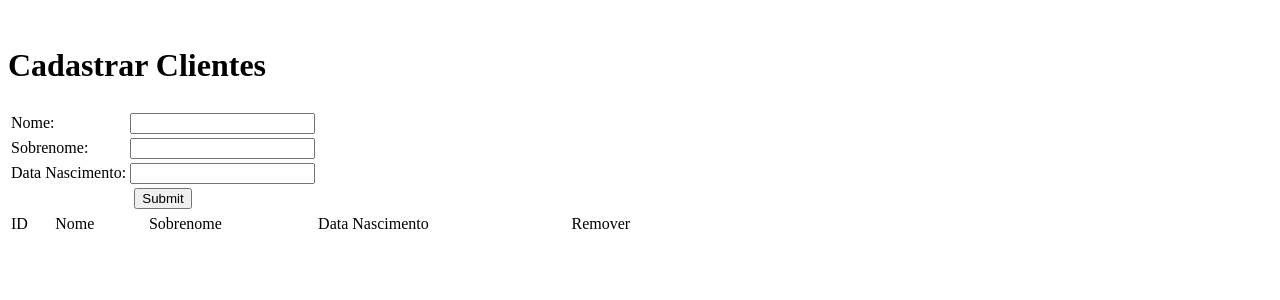
Repository: nandolupe/fiap-pos
Page: http://localhost/artigostruts2/
An editor plug-in stored every save of this project. The page is shown before and after the next save, followed by the edit.
The browser window is 1280 px wide. The pictures show the whole page.
The page is served by Tomcat 9. Other server files are loaded and not shown.

Above is the page before, as saved 2014-08-23 04:27:56.

### workspace-artigo-web/artigostruts2/WebContent/index.jsp
<%@ page language="java" contentType="text/html; charset=ISO-8859-1"
	pageEncoding="ISO-8859-1"%>
<%@ taglib prefix="s" uri="/struts-tags"%>
<!DOCTYPE html PUBLIC "-//W3C//DTD HTML 4.01 Transitional//EN"
"http://www.w3.org/TR/html4/loose.dtd">
<html>
<head>
<title>Employee Form</title>
<script>
	function remover(idCliente) {
		document.all('cliente.idCliente').value = idCliente;
		document.clienteForm.action = "removercliente";
		document.submit();
	}
</script>

</head>

<body>
	<s:form action="inserircliente" id="clienteForm" method="post" name="clienteForm">
		<s:textfield type="hidden" name="cliente.idCliente" />
		<s:textfield name="cliente.nameCliente" label="Nome" size="20" />
		<s:textfield name="cliente.sobrenome" label="Sobrenome" size="20" />
		<s:textfield name="cliente.dtNasc" label="Data Nascimento" size="20" />
		<s:submit name="submit" label="Cadastrar" align="center" />
		<br />
		<h1>Cadastrar Clientes</h1>
		<table style="width: 700px;">
			<tr>
				<td>ID</td>
				<td>Nome</td>
				<td>Sobrenome</td>
				<td>Data Nascimento</td>
				<td>Remover</td>
			</tr>
			<s:iterator value="#session.clienteList" var="bean">
				<tr>
					<td>${bean.idCliente}</td>
					<td>${bean.nameCliente}</td>
					<td>${bean.sobrenome}</td>
					<td>${bean.dtNasc}</td>
					<td><a href="javascript:remover('${bean.idCliente}')">X</a></td>
				</tr>
			</s:iterator>
		</table>
	</s:form>
</body>
</html>

After the next save:
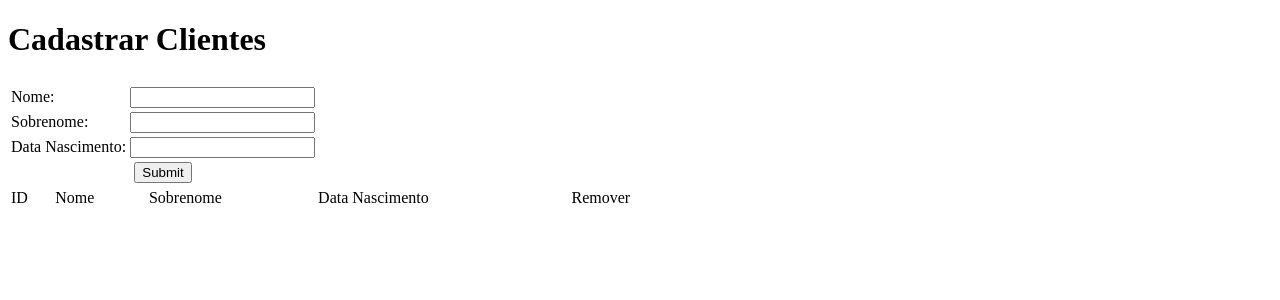
Saved 7 s later.
--- a/workspace-artigo-web/artigostruts2/WebContent/index.jsp
+++ b/workspace-artigo-web/artigostruts2/WebContent/index.jsp
@@ -23,7 +23,6 @@
 		<s:textfield name="cliente.sobrenome" label="Sobrenome" size="20" />
 		<s:textfield name="cliente.dtNasc" label="Data Nascimento" size="20" />
 		<s:submit name="submit" label="Cadastrar" align="center" />
-		<br />
 		<h1>Cadastrar Clientes</h1>
 		<table style="width: 700px;">
 			<tr>
